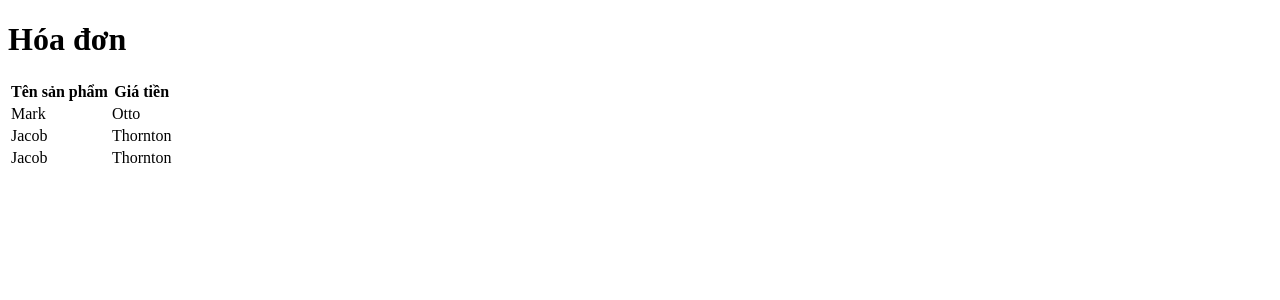
Repository: wuubangdev/bookstore-servlet-jsp
Page: http://localhost/Bai20_JSPCoban_TrangMuaHang/datMuaMayTinh.jsp
These files come from the project's save history. The page is drawn as it stood at one moment and after the next save; the edit follows.
The browser window is 1280 px wide. The pictures show the whole page.
The page is served by Tomcat 9.

Above is the page before, as saved 2024-03-19 03:31:34.

After the next save:
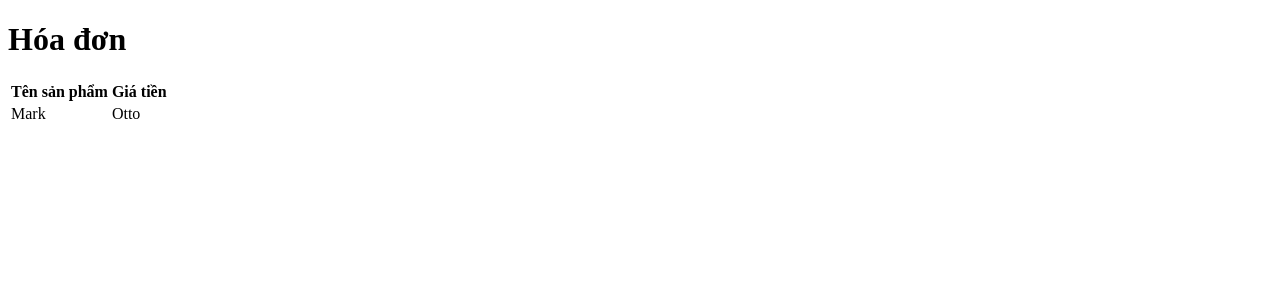
Saved 39 s later.
--- a/Bai20_JSPCoban_TrangMuaHang/src/main/webapp/datMuaMayTinh.jsp
+++ b/Bai20_JSPCoban_TrangMuaHang/src/main/webapp/datMuaMayTinh.jsp
@@ -83,14 +83,6 @@
 		      <td>Mark</td>
 		      <td>Otto</td>
 		    </tr>
-		    <tr>
-		      <td>Jacob</td>
-		      <td>Thornton</td>
-		    </tr>
-		    <tr>
-		      <td>Jacob</td>
-		      <td>Thornton</td>
-		    </tr>
 		  </tbody>
 		</table>
 	</div>
